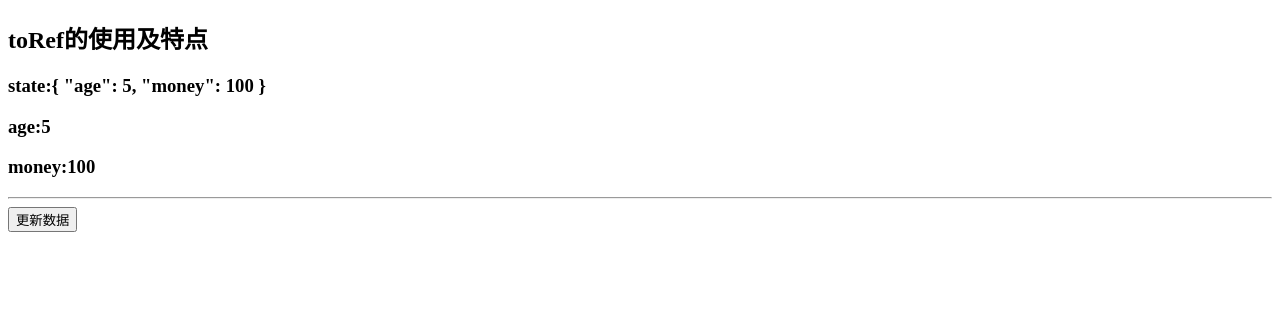
Repository: zhuhongxiang/Vue3.0-TSLeaning
Page: / (app in 04_Vue3/vue3_learning/)
These files come from the project's save history. The page is drawn as it stood at one moment and after the next save; the edit follows.
The browser window is 1280 px wide. The pictures show the whole page.
The project was rebuilt for these pictures with package versions that can differ from the ones it lists, and the page was loaded fresh each time.

Above is the page before, as saved 2021-07-27 11:21:51.

### 04_Vue3/vue3_learning/src/main.ts
// 程序的主入口文件，ts文件，是main.ts
// 引入createApp函数，创建对应的应用产生应用的实例对象
import { createApp } from 'vue'
// 引入App组件（所有组件的父级组件）
import App from './App.vue'
// 创建App应用返回对应的实例对象，调用mount方法进行挂载
createApp(App).mount('#app')

### 04_Vue3/vue3_learning/src/App.vue
<template>
  <h2>toRef的使用及特点</h2>
  <h3>state:{{ state }}</h3>
  <h3>age:{{ age }}</h3>
  <h3>money:{{ money }}</h3>
  <hr />
  <button @click="update">更新数据</button>
</template>

<script lang='ts'>
import { defineComponent, reactive, ref, toRef } from "vue";
export default defineComponent({
  name: "App",
  props: {},
  components: {},
  setup() {
    const state = reactive({
      age: 5,
      money: 100,
    });
    // 把响应式数据state对象中的某个属性age变成了ref对象了
    const age = toRef(state, "age");
    // 把响应式对象中的某个属性使用ref进行包装，变成了一个ref对象
    const money = ref(state.money);
    console.log(age);
    console.log(money);
    const update = () => {
      // console.log("好好");
      state.age += 2;
      // age.value += 3;
      // state.money += 2;
      // money.value += 10;
    };

    return {
      state,
      age,
      money,
      update,
    };
  },
});
</script>

<style scoped>
</style>

### 04_Vue3/vue3_learning/src/components/Child.vue
<template>
  <h2>Child子级组件</h2>
</template>

<script lang='ts'>
import { defineComponent, reactive } from "vue";
export default defineComponent({
  name: "Child",
  props: {},
  components: {},
  setup() {
    return {};
  },
});
</script>

<style scoped>
</style>

Loaded but not shown: 04_Vue3/vue3_learning/public/index.html (common file)

After the next save:
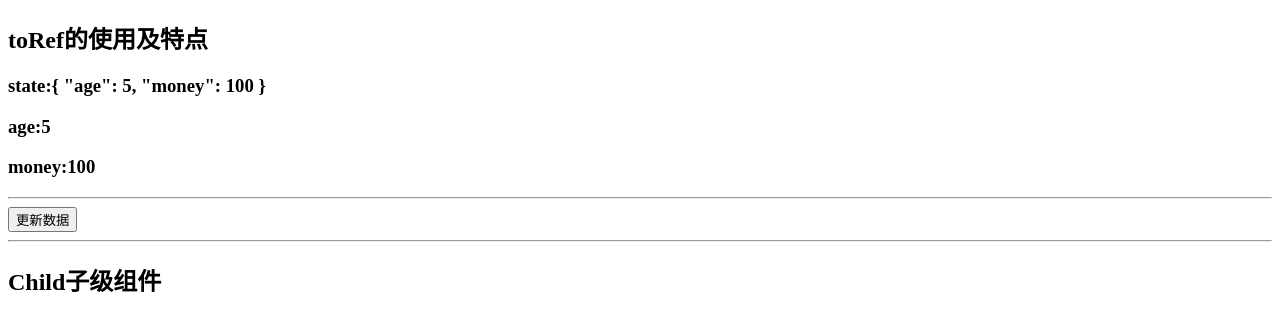
Saved 85 s later.
--- a/04_Vue3/vue3_learning/src/App.vue
+++ b/04_Vue3/vue3_learning/src/App.vue
@@ -5,14 +5,17 @@
   <h3>money:{{ money }}</h3>
   <hr />
   <button @click="update">更新数据</button>
+  <hr />
+  <Child :age="age" />
 </template>
 
 <script lang='ts'>
 import { defineComponent, reactive, ref, toRef } from "vue";
+import Child from "./components/Child.vue";
 export default defineComponent({
   name: "App",
   props: {},
-  components: {},
+  components: { Child },
   setup() {
     const state = reactive({
       age: 5,
